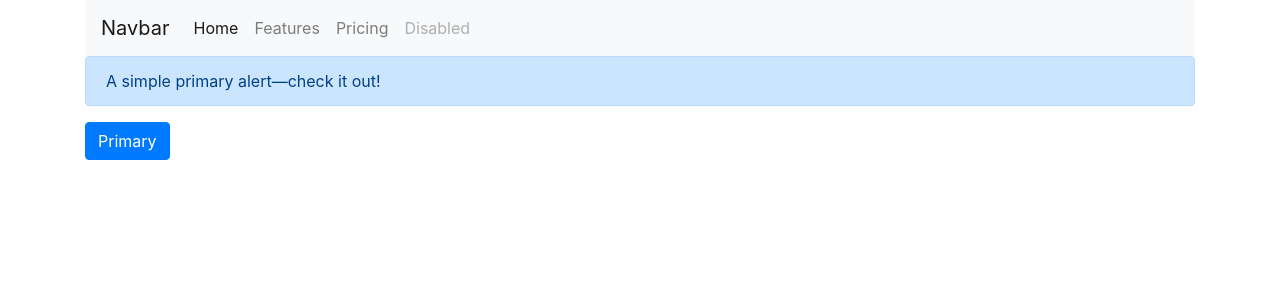
Repository: woodyalan/bootstrap-4
Page: componentes.html
The author's editor kept a copy of each file at every save. The page is drawn from the files as they stood at one save, then again after the next save.
The browser window is 1280 px wide. The pictures show the whole page.

Above is the page before, as saved 2020-09-08 22:48:23.

### componentes.html
<!DOCTYPE html>
<html lang="pt-br">
  <head>
    <!-- Required meta tags -->
    <meta charset="utf-8" />
    <meta name="viewport" content="width=device-width, initial-scale=1, shrink-to-fit=no" />

    <link rel="stylesheet" href="https://stackpath.bootstrapcdn.com/bootstrap/4.5.2/css/bootstrap.min.css" />

    <title>OlA Bootstrap!</title>
  </head>
  <body>
    <div class="container">
      <nav class="navbar navbar-expand-lg navbar-light bg-light">
        <a class="navbar-brand" href="#">Navbar</a>
        <button
          class="navbar-toggler"
          type="button"
          data-toggle="collapse"
          data-target="#navbarNav"
          aria-controls="navbarNav"
          aria-expanded="false"
          aria-label="Toggle navigation"
        >
          <span class="navbar-toggler-icon"></span>
        </button>
        <div class="collapse navbar-collapse" id="navbarNav">
          <ul class="navbar-nav">
            <li class="nav-item active">
              <a class="nav-link" href="#">Home <span class="sr-only">(current)</span></a>
            </li>
            <li class="nav-item">
              <a class="nav-link" href="#">Features</a>
            </li>
            <li class="nav-item">
              <a class="nav-link" href="#">Pricing</a>
            </li>
            <li class="nav-item">
              <a class="nav-link disabled" href="#" tabindex="-1" aria-disabled="true">Disabled</a>
            </li>
          </ul>
        </div>
      </nav>
      <div class="alert alert-primary" role="alert">A simple primary alert—check it out!</div>

      <button type="button" class="btn btn-primary">Primary</button>
    </div>

    <!-- JS, Popper e jQuery -->
    <script src="https://code.jquery.com/jquery-3.5.1.slim.min.js"></script>
    <script src="https://cdn.jsdelivr.net/npm/popper.js@1.16.1/dist/umd/popper.min.js"></script>
    <script src="https://stackpath.bootstrapcdn.com/bootstrap/4.5.2/js/bootstrap.min.js"></script>
  </body>
</html>

After the next save:
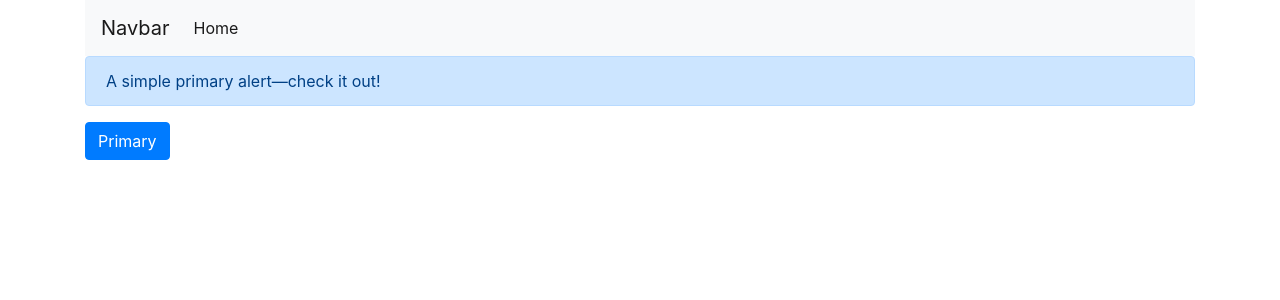
Saved 6 s later.
--- a/componentes.html
+++ b/componentes.html
@@ -29,15 +29,6 @@
             <li class="nav-item active">
               <a class="nav-link" href="#">Home <span class="sr-only">(current)</span></a>
             </li>
-            <li class="nav-item">
-              <a class="nav-link" href="#">Features</a>
-            </li>
-            <li class="nav-item">
-              <a class="nav-link" href="#">Pricing</a>
-            </li>
-            <li class="nav-item">
-              <a class="nav-link disabled" href="#" tabindex="-1" aria-disabled="true">Disabled</a>
-            </li>
           </ul>
         </div>
       </nav>
